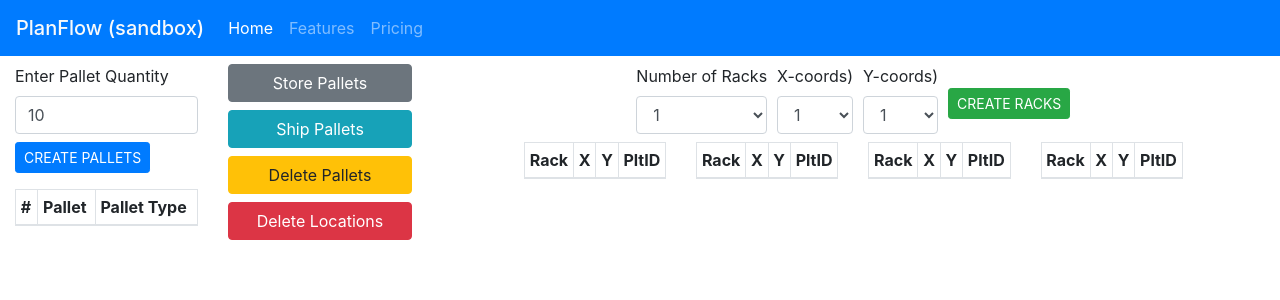
Repository: gholler76/planflow
Page: http://localhost/planflow/WEB-INF/home.jsp
An editor plug-in stored every save of this project. The page is shown before and after the next save, followed by the edit.
The browser window is 1280 px wide. The pictures show the whole page.
The page is served by Tomcat 9. Nobody is signed in. The template is opened directly, without the code that normally fills it, so the values that code supplies are empty.

Above is the page before, as saved 2021-05-28 14:07:59.

After the next save:
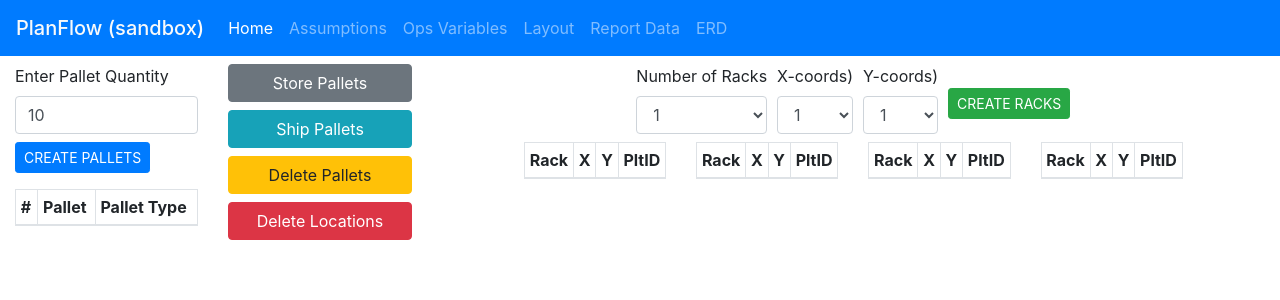
Saved 7 min 24 s later.
--- a/planflow/src/main/webapp/WEB-INF/home.jsp
+++ b/planflow/src/main/webapp/WEB-INF/home.jsp
@@ -23,8 +23,11 @@
 	  <div class="collapse navbar-collapse" id="navbarNavAltMarkup">
 	    <div class="navbar-nav">
 	      <a class="nav-link active" href="#">Home <span class="sr-only">(current)</span></a>
-	      <a class="nav-link" href="#">Features</a>
-	      <a class="nav-link" href="#">Pricing</a>
+	      <a class="nav-link" href="#">Assumptions</a>
+	      <a class="nav-link" href="#">Ops Variables</a>
+	      <a class="nav-link" href="#">Layout</a>
+	      <a class="nav-link" href="#">Report Data</a>
+	      <a class="nav-link" href="#">ERD</a>
 	    </div>
 	  </div>
 	</nav>
